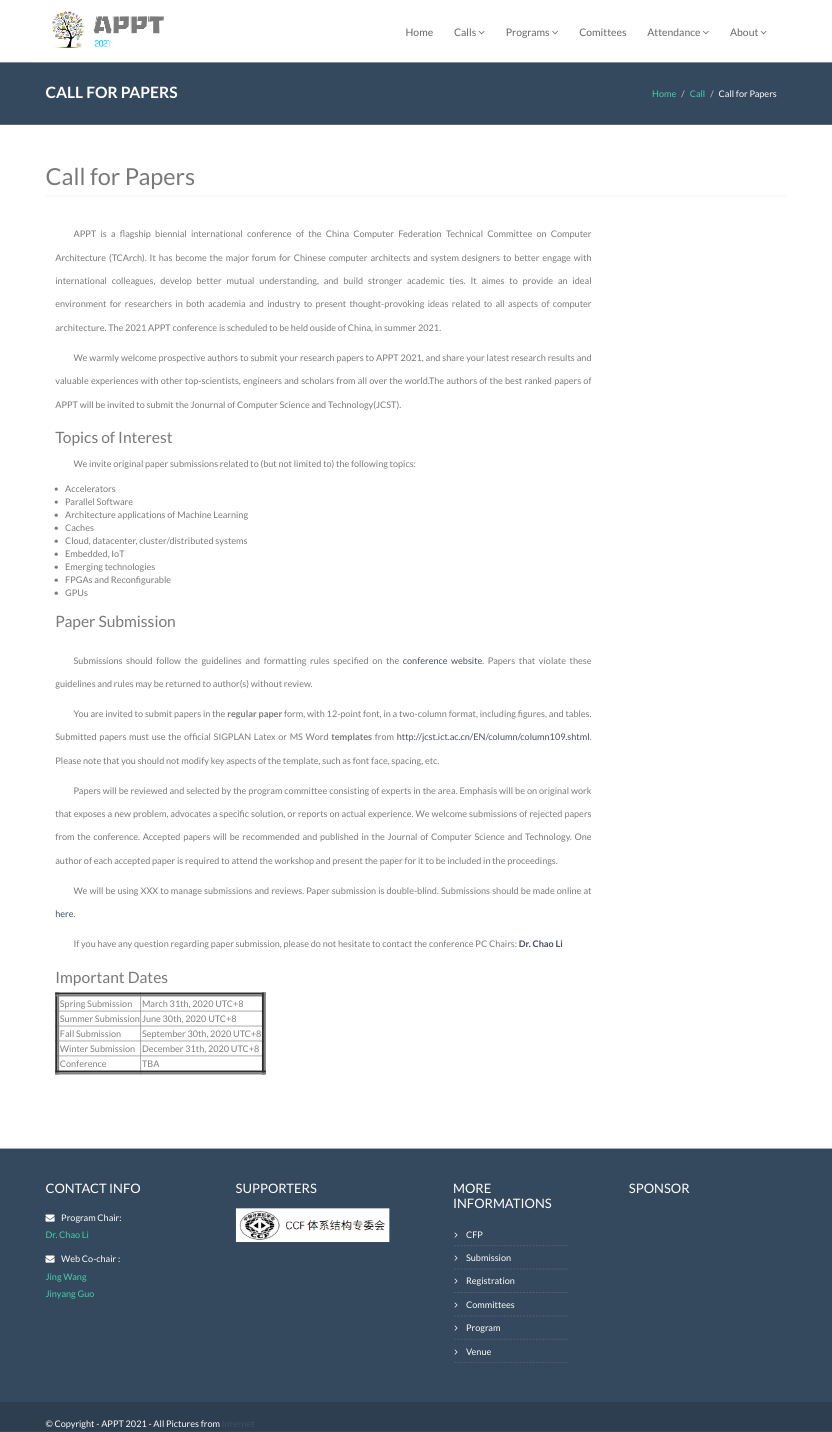
Repository: APPT2021/APPT2021.github.io
Page: call-papers.html
These files come from the project's save history. The page is drawn as it stood at one moment and after the next save; the edit follows.
The browser window is 1280 px wide. The pictures show the whole page, at 65% of full size.

Above is the page before, as saved 2020-03-30 18:19:02.
Console error: ReferenceError: jQuery is not defined

### call-papers.html
<!DOCTYPE html>
<html lang="en">
  <head>
	  <script type="text/javascript" src="js/common/description.js"></script>

	  <script src="https://cdn.bootcss.com/semantic-ui/2.4.1/semantic.js"></script>
    	<link href="https://cdn.bootcss.com/semantic-ui/2.4.1/semantic.css" rel="stylesheet">

    <!-- Bootstrap core CSS -->
    <link href="css\bootstrap.min.css" rel="stylesheet">
    <link href="css\theme.css" rel="stylesheet">
    <link href="css\bootstrap-reset.css" rel="stylesheet">
    <!--external css-->
    <link href="assets\font-awesome\css\font-awesome.css" rel="stylesheet">
    <link rel="stylesheet" href="css\flexslider.css">
    <link href="assets\bxslider\jquery.bxslider.css" rel="stylesheet">
    <link rel="stylesheet" href="css\animate.css">
    <link href='http://fonts.googleapis.com/css?family=Lato' rel='stylesheet' type='text/css'>



      <!-- Custom styles for this template -->
    <link rel="stylesheet" type="text/css" href="css\component.css">
    <link href="css\style.css" rel="stylesheet">
    <link href="css\style-responsive.css" rel="stylesheet">

    <!-- HTML5 shim and Respond.js IE8 support of HTML5 tooltipss and media queries -->
    <!--[if lt IE 9]>
      <script src="js/html5shiv.js"></script>
      <script src="js/respond.min.js"></script>
    <![endif]-->
    <style type="text/css">
<!--
.STYLE1 {	font-size: 24px;
	font-weight: bold;
}
.STYLE2 {	font-size: 16px;
	font-weight: bold;
}
.p1{line-height: 27pt;word-wrap: break-word;text-indent: 2em;text-align: justify;}
-->
    </style>
</head>

  <body>
    <!--header start-->
    <script type="text/javascript" src="js/common/header.js"></script>
    <!--header end-->

    <!--breadcrumbs start-->
    <div class="breadcrumbs">
        <div class="container">
            <div class="row">
                <div class="col-lg-4 col-sm-4">
                    <h1>Call for Papers</h1>
                </div>
                <div class="col-lg-8 col-sm-8">
                    <ol class="breadcrumb pull-right">
                        <li><a href="index-real.html">Home</a></li>
						<li><a href="call-summary.html">Call</a></li>
                        <li class="active">Call for Papers</li>
                    </ol>
                </div>
            </div>
        </div>
    </div>
    <!--breadcrumbs end-->

    <!--container start-->
    <div class="component-bg">
        <div class="container">
            <!-- Forms
================================================== -->
<div class="bs-docs-section mar-b-30" style="padding-left: 0%;">
  <h1 id="forms" class="page-header">Call for Papers </h1>
<br>
  <div class="col-lg-9 col-lg-offset-0" itemprop="articleSection" style = "padding-bottom: 10%">
		<p class="p1">
			APPT is a flagship biennial international conference of the China Computer Federation
			Technical Committee on Computer Architecture (TCArch). It has become the major forum
			for Chinese computer architects and system designers to better engage with international
			colleagues, develop better mutual understanding, and build stronger academic ties.
			It aimes to provide an ideal environment for researchers in both academia and industry
			to present thought-provoking ideas related to all aspects of computer architecture.
			The 2021 APPT conference is scheduled to be held ouside of China, in summer 2021.
		</p>
		<p class="p1">
			We warmly welcome prospective authors to submit your research papers to APPT 2021,
			and share your latest research results and valuable experiences with other top-scientists,
			engineers and scholars from all over the world.The authors of the best ranked papers of APPT will be invited to submit the Jonurnal of
		    Computer Science and Technology(JCST).
		</p>
		<h3>Topics of Interest</h3>
		<p class="p1">We invite original paper submissions related to (but not limited to) the following topics:</p>
		<ul style="margin-left: 15px;">
			<li style=" text-align: justify;">
				Accelerators
			</li>
			<li style=" text-align: justify;">
				Parallel Software
			</li>
			<li style=" text-align: justify;">
				Architecture applications of Machine Learning
			</li>
			<li style=" text-align: justify;">
				Caches
			</li>
			<li style=" text-align: justify;">
				Cloud, datacenter, cluster/distributed systems
			</li>
			<li style=" text-align: justify;">
				Embedded, IoT
			</li>
			<li style=" text-align: justify;">
				Emerging technologies
			</li>
			<li style=" text-align: justify;">
				FPGAs and Reconfigurable
			</li>
			<li style=" text-align: justify;">
				GPUs
			</li>
		</ul>



		<h3>Paper Submission</h3>
		<br>
		<p class="p1">
			Submissions should follow the guidelines and formatting rules
			 specified on the <a href ="http://jcst.ict.ac.cn/EN/column/column107.shtml">conference website</a>.
			 Papers that violate these guidelines and rules may be returned
			 to author(s) without review.
		</p>
		<p class="p1">
		You are invited to submit papers in the <strong>regular paper</strong> form, with 12-point font, in a two-column format, including figures, and tables. Submitted papers must use the official SIGPLAN Latex or MS Word <strong>templates</strong> from
		<a href="http://jcst.ict.ac.cn/EN/column/column109.shtml">http://jcst.ict.ac.cn/EN/column/column109.shtml</a>. Please note that you should
		not modify key aspects of the template, such as font face, spacing, etc.
		</p>
		<p class="p1">
		 Papers will be reviewed and selected by the program committee consisting of experts in the area.
		 Emphasis will be on original work that exposes a new problem, advocates a specific solution,
		  or reports on actual experience. We welcome submissions of rejected papers from the conference.
		  Accepted papers will be recommended and published in the Journal of Computer Science and Technology.
		  One author of each accepted paper is required to attend the workshop and present the paper for it to be included in the proceedings.
		</p>
<p class="p1">
We will be using XXX to manage submissions and reviews. Paper submission is double-blind. Submissions should be made online at <a href="https://mc03.manuscriptcentral.com/jcst">here</a>.
</p>
		<p class="p1">
		If you have any question regarding paper submission, please do not hesitate to contact the conference
		PC Chairs: <a href="mailto: chaol@cs.sjtu.edu.cn"><b>Dr. Chao Li</b> </a>
		</p>
		<h3>Important Dates</h3>


		<table role="grid" style="position: relative; color:black" border="6">
			<tbody>
			  <tr style="opacity: 0.5;">
				<td>Spring Submission</td>
				<td> March 31th, 2020 UTC+8 </td>
			  </tr>
			  <tr style="opacity: 0.5;">
				<td>Summer Submission</td>
				<td>June 30th, 2020 UTC+8</td>
			  </tr>
			  <tr style="opacity: 0.5;">
				<td>Fall Submission</td>
				<td>September 30th, 2020 UTC+8</td>
			  </tr>
			  <tr style="opacity: 0.5;">
				<td>Winter Submission</td>
				<td>December 31th, 2020 UTC+8</td>
			  </tr> <tr style="opacity: 0.5;">
				<td>Conference<br /></td>
				<td>TBA</td>
			  </tr>
			</tbody>
		 </table>
<!--
		<h3>Camera Ready Submission / Author Kit</h3>
		<p style="text-align: justify; ">
		For the accepted papers to be included in the proceedings, the camera-ready version must be submitted by using the recommended format. The final PDF has to conform to the requirements for publishing on IEEE Xplore. In addition, the IEEE copyright form has to be submitted and at least one author of the paper must register to the conference at a full rate. The registration must cover any over-length page charge. All the steps listed above must be completed by <b>August 2nd, 2020</b>.
		</p>
		<p style="text-align: justify; ">
		Please note that <i>we will not be able to include your paper in the conference proceedings or in IEEE Xplore if you do not follow the instructions below. The conference organizer also reserves the right to exclude a paper from distribution after the conference (e.g., removal from IEEE Xplore) if it is not presented at the conference.</i>
		</p>

		<h3>Best Paper Award</h3>
		<p style=" text-align: justify;">
		All accepted papers SRDS will compete for the "Prof. C. V. Ramamoorthy Best Paper Award". The SRDS Best Paper is named after Prof. Chittoor V. Ramamoorthy, who was instrumental in the 80's for the success of SRDS, many of his former students have also significantly contributed to the conference.
		</p>

		<p style=" text-align: justify;">
		In addition, the authors of the best ranked papers of SRDS will be invited to submit extended versions of their papers to IEEE Transactions on Dependable and Secure Computing.
		</p>

		<p>&nbsp;</p>
		<h3>SRDS 2020 PC Chairs</h3>
		<p>&nbsp;</p>

		<div class="ui three column grid">
			<div class="column">
				<div class="ui card">
				<a class="image" href="http://web.cs.iastate.edu/~borzoo/" target="_blank">
					<img src="img/committees/borzoo.jpg">
				</a>
				<div class="content">
					<a class="header" href="http://web.cs.iastate.edu/~borzoo/" target="_blank">Borzoo Bonakdarpour</a>
					<div class="meta">
					<a>Iowa State University, USA</a>
					</div>
				</div>
				</div>
			</div>
			<div class="column">
				<div class="ui card">
				<a class="image" href="http://www.cs.sjtu.edu.cn/~lichao/" target="_blank">
					<img src="img/committees/li.jpg">
				</a>
				<div class="content">
					<a class="header" href="http://www.cs.sjtu.edu.cn/~lichao/" target="_blank">Chao Li</a>
					<div class="meta">
					<a>Shanghai Jiao Tong University</a>
					</div>
				</div>
				</div>
			</div>
			<div class="column">
				<div class="ui card">
				<a class="image" href="http://vukolic.com/" target="_blank">
					<img src="img/committees/marko.jpg">
				</a>
				<div class="content">
					<a class="header" href="http://vukolic.com/" target="_blank">Marko Vukolić</a>
					<div class="meta">
					<a>IBM Research-Zurich, Switzerland</a>
					</div>
				</div>
				</div>
			</div>
		</div>

	</div>
  <p>&nbsp;</p>
  <!-- /.bs-example -->
</div>
        </div>
    </div>
    <!--container end-->

	<script type="text/javascript" src="js/common/footer.js"></script>

  <!-- js placed at the end of the document so the pages load faster -->
    <script src="js\jquery.js"></script>
    <script src="js\bootstrap.min.js"></script>
    <script type="text/javascript" src="js\hover-dropdown.js"></script>
    <script defer="" src="js\jquery.flexslider.js"></script>
    <script type="text/javascript" src="assets\bxslider\jquery.bxslider.js"></script>

    <script src="js\jquery.easing.min.js"></script>
    <script src="js\link-hover.js"></script>


     <!--common script for all pages-->
    <script src="js\common-scripts.js"></script>
    <script src="js\wow.min.js"></script>
    <script>
        wow = new WOW(
          {
            boxClass:     'wow',      // default
            animateClass: 'animated', // default
            offset:       0          // default
          }
        )
        wow.init();
    </script>


  </body>
</html>

### css/theme.css
body {
  padding-top: 70px;
  padding-bottom: 30px;
}

.theme-dropdown .dropdown-menu {
  display: block;
  position: static;
  margin-bottom: 20px;
}

.theme-showcase > p > .btn {
  margin: 5px 0;
}

### css/flexslider.css
/*
 * jQuery FlexSlider v2.0
 * http://www.woothemes.com/flexslider/
 *
 * Copyright 2012 WooThemes
 * Free to use under the GPLv2 license.
 * http://www.gnu.org/licenses/gpl-2.0.html
 *
 * Contributing author: Tyler Smith (@mbmufffin)
 */


/* Browser Resets */
.flex-container a:active,
.flexslider a:active,
.flex-container a:focus,
.flexslider a:focus  {outline: none;}
.slides,
.flex-control-nav,
.flex-direction-nav {margin: 0; padding: 0; list-style: none;}

/* FlexSlider Necessary Styles
*********************************/
.flexslider {margin: 0; padding: 0;}
.flexslider .slides > li {display: none; -webkit-backface-visibility: hidden;} /* Hide the slides before the JS is loaded. Avoids image jumping */
.flexslider .slides img {width: 100%; display: block;}
.flex-pauseplay span {text-transform: capitalize;}

/* Clearfix for the .slides element */
.slides:after {content: "."; display: block; clear: both; visibility: hidden; line-height: 0; height: 0;}
html[xmlns] .slides {display: block;}
* html .slides {height: 1%;}

/* No JavaScript Fallback */
/* If you are not using another script, such as Modernizr, make sure you
 * include js that eliminates this class on page load */
.no-js .slides > li:first-child {display: block;}


/* FlexSlider Default Theme
*********************************/
.flexslider {margin: 0 0 0px; background: #fff; border: 4px solid #fff; position: relative; -webkit-border-radius: 4px; -moz-border-radius: 4px; -o-border-radius: 4px; border-radius: 4px; zoom: 1;}
.flex-viewport {max-height: 2000px; -webkit-transition: all 1s ease; -moz-transition: all 1s ease; transition: all 1s ease;}
.loading .flex-viewport {max-height: 300px;}
.flexslider .slides {zoom: 1;}

.carousel li {margin-right: 5px}


/* Direction Nav */
.flex-direction-nav {*height: 0;}

.flex-direction-nav a {width: 30px; height: 30px; margin: -20px 0 0; display: block; background: url(../img/bg_direction_nav.png) no-repeat 0 0; position: absolute; top: 50%; z-index: 10; cursor: pointer; text-indent: -9999px; opacity: 0; -webkit-transition: all .3s ease;}

.flex-direction-nav .flex-next {background-position: 100% 0; right: -36px; }
.flex-direction-nav .flex-prev {left: -36px;}
.flexslider:hover .flex-next {opacity: 0.8; right: 5px;}
.flexslider:hover .flex-prev {opacity: 0.8; left: 5px;}
.flexslider:hover .flex-next:hover, .flexslider:hover .flex-prev:hover {opacity: 1;}
.flex-direction-nav .flex-disabled {opacity: .3!important; filter:alpha(opacity=30); cursor: default;}

/* Control Nav */
.flex-control-nav {width: 100%; position: absolute; bottom: -40px; text-align: center;}
.flex-control-nav li {margin: 0 6px; display: inline-block; zoom: 1; *display: inline;}
.flex-control-paging li a {width: 11px; height: 11px; display: block; background: #666; background: rgba(0,0,0,0.5); cursor: pointer; text-indent: -9999px; -webkit-border-radius: 20px; -moz-border-radius: 20px; -o-border-radius: 20px; border-radius: 20px; box-shadow: inset 0 0 3px rgba(0,0,0,0.3);}
.flex-control-paging li a:hover { background: #333; background: rgba(0,0,0,0.7); }
.flex-control-paging li a.flex-active { background: #000; background: rgba(0,0,0,0.9); cursor: default; }

.flex-control-thumbs {margin: 5px 0 0; position: static; overflow: hidden;}
.flex-control-thumbs li {width: 25%; float: left; margin: 0;}
.flex-control-thumbs img {width: 100%; display: block; opacity: .7; cursor: pointer;}
.flex-control-thumbs img:hover {opacity: 1;}
.flex-control-thumbs .flex-active {opacity: 1; cursor: default;}

@media screen and (max-width: 860px) {
  .flex-direction-nav .flex-prev {opacity: 1; left: 0;}
  .flex-direction-nav .flex-next {opacity: 1; right: 0;}
}

### css/style-responsive.css
@media (min-width: 768px) and (max-width: 980px) {
    .col-4 .item {
        width: 47%;
        margin-right: 2%;
        margin-bottom: 2%;
    }
}

@media (max-width: 768px) {


    .navbar-toggle {
        margin-top: 12px;
    }

    .head-section .navbar-collapse  ul.navbar-nav {
        float: none;
        margin-left: 0;
    }

    .head-section .nav li a:hover,
    .head-section .nav li a:focus,
    .head-section .nav li a.dropdown-toggle:focus,
    .head-section .nav li a.dropdown-toggle .dropdown-menu li a:hover,
    .head-section .nav li.active a,
    .head-section .dropdown-menu li a:hover {
        color: #fff !important;
    }

    .head-section .navbar-nav > li {
        padding: 0;
        margin-bottom: 2px;
    }

    .head-section .nav li ul.dropdown-menu li a {
        margin-left: 0px;
        color: #999!important; ;
    }

    .head-section .nav li .dropdown-menu li a:hover, .head-section .nav li .dropdown-menu li.active a {
        color: #fff !important;
    }

    .purchase-btn, .about-testimonial {
        margin-top: 10px;
    }

    .breadcrumb.pull-right{
        padding: 0;
    }

    .search, .bx-controls-direction {
        display: none;
    }

    .tweet-box {
        margin-bottom: 20px;
    }

    .property img {
        width: 80%;
    }

    .bx-wrapper {
        margin-bottom: 60px;
    }

    .purchase-btn, .about-testimonial {
        margin-top: 0;
    }

    .purchase-btn {
        line-height: 98px;
    }

    .social-link-footer li a {
        font-size: 16px;
        height: 40px;
        width: 40px;
    }

    .navbar-header {
        float: none;
        text-align: center;
        width: 100%;
        margin: 10px 0;
    }

    .navbar-brand {
        float: none;

    }

    .carousel-control {
        font-size: 45px;
        line-height: 70px;
    }

    .btn, .form-control {
        margin-bottom: 10px;
    }



}


@media (max-width: 480px) {

    .head-section .navbar {
        min-height: 60px;
    }

    .navbar-toggle {
        margin-right: -10px;
    }

    .head-section .nav li .dropdown-menu li a:hover {
        color: #48C9B0 !important;
    }

    .navbar-brand {
        margin-top: 10px !important;
        float: left !important;
    }

    .col-4 .item {
        width: 100%;
        margin-right: 0%;
        margin-bottom: 2%;
    }

    .breadcrumb.pull-right{
        float: left !important;
        margin-top: 10px;
        padding: 0;
    }

    .carousel-control {
        font-size: 23px;
        line-height: 38px;
    }
}

@media (max-width:320px) {


}



@media (max-width: 900px) {
    /*Slider Sequence*/
    #sequence-theme .info {
        top:80px !important;
        width:60% !important;
        margin-right:50px;
    }

    /*Slider Parallax*/
    .da-slide .da-img {
        display:none;
    }
}

@media (max-width: 450px) {
    /*Slider Sequence*/
    #sequence-theme .info {
        top:70px !important;
        width:70% !important;
        margin-right:25px;
    }
    #sequence-theme h2 {
        font-size:30px !important;
    }
    #sequence-theme .info p {
        font-size:18px !important;
    }

    /*Slider Parallax*/
    .da-slide p {
        display:none;
    }
}

Loaded but not shown: css/bootstrap.min.css (library); css/bootstrap-reset.css (library); assets/font-awesome/css/font-awesome.css (library); assets/bxslider/jquery.bxslider.css (library); css/animate.css (library); js/jquery.js (library); js/bootstrap.min.js (library); assets/bxslider/jquery.bxslider.js (library); js/jquery.easing.min.js (library); js/wow.min.js (library); js/jquery.flexslider.js (library); js/link-hover.js (621 lines, source omitted); js/common/header.js (79 lines, source omitted); js/common/footer.js (83 lines, source omitted); js/hover-dropdown.js (135 lines, source omitted); js/common/description.js (11 lines, source omitted); js/common-scripts.js (42 lines, source omitted); css/style.css (2977 lines, source omitted); css/component.css (1591 lines, source omitted)

After the next save:
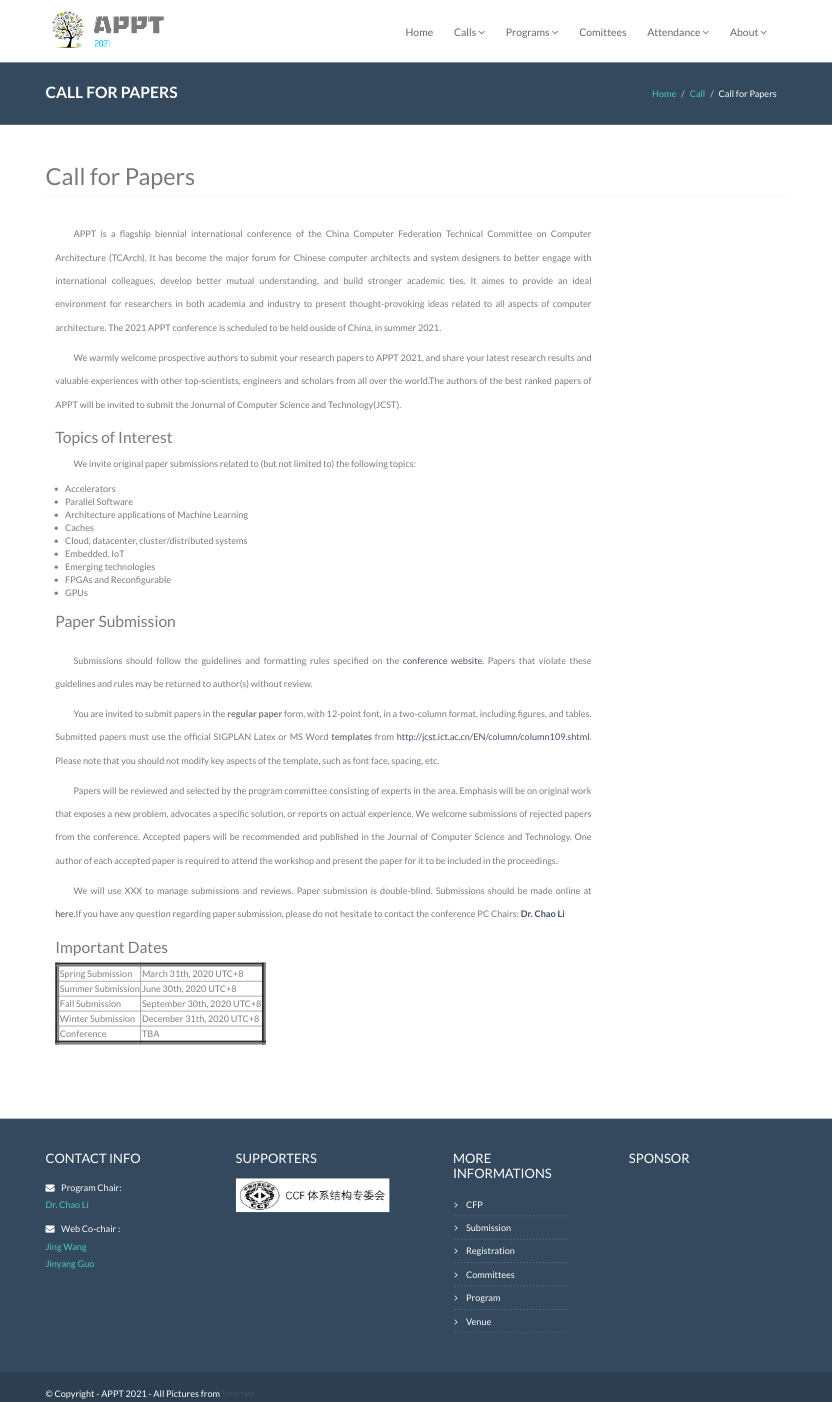
Saved 81 s later.
--- a/call-papers.html
+++ b/call-papers.html
@@ -145,10 +145,7 @@
 		  One author of each accepted paper is required to attend the workshop and present the paper for it to be included in the proceedings.
 		</p>
 <p class="p1">
-We will be using XXX to manage submissions and reviews. Paper submission is double-blind. Submissions should be made online at <a href="https://mc03.manuscriptcentral.com/jcst">here</a>.
-</p>
-		<p class="p1">
-		If you have any question regarding paper submission, please do not hesitate to contact the conference
+We will use XXX to manage submissions and reviews. Paper submission is double-blind. Submissions should be made online at <a href="https://mc03.manuscriptcentral.com/jcst">here</a>.If you have any question regarding paper submission, please do not hesitate to contact the conference
 		PC Chairs: <a href="mailto: chaol@cs.sjtu.edu.cn"><b>Dr. Chao Li</b> </a>
 		</p>
 		<h3>Important Dates</h3>
